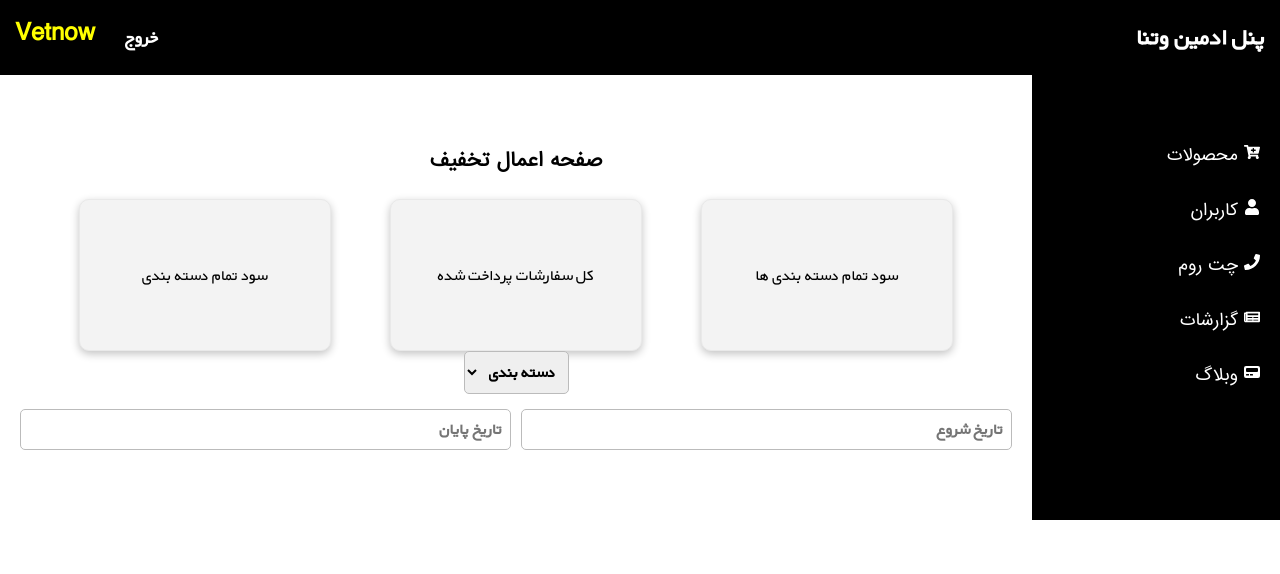
Repository: farhanahmadi/Vetnow
Page: /Reports
The author's editor kept a copy of each file at every save. The page is drawn from the files as they stood at one save, then again after a run of saves.
The browser window is 1280 px wide. The pictures show the whole page.
The page's requests for data from a server got no answer. The project was rebuilt for these pictures with package versions that can differ from the ones it lists, and the page was loaded fresh each time. No one was signed in, and anything a server would have sent is missing. Also part of the build but not shown: src/components/AdminProduct.js, src/components/AddProduct.js, src/components/View.js, src/components/EditProduct.js, src/components/Users.js, src/components/AddUser.js, src/components/EditUser.js, src/components/EditView.js and 7 more.

Above is the page before, as saved 2022-01-24 23:53:22.

### public/index.html
<!DOCTYPE html>
<html lang="en">
  <head>
    <meta charset="utf-8" />
    <link rel="icon" href="%PUBLIC_URL%/favicon.ico" />
    <meta name="viewport" content="width=device-width, initial-scale=1" />
    <meta name="theme-color" content="#000000" />
    <meta
      name="description"
      content="Web site created using create-react-app"
    />
    <link rel="apple-touch-icon" href="%PUBLIC_URL%/logo192.png" />
    <!--
      manifest.json provides metadata used when your web app is installed on a
      user's mobile device or desktop. See https://developers.google.com/web/fundamentals/web-app-manifest/
    -->
    <link rel="manifest" href="%PUBLIC_URL%/manifest.json" />
    <!--
      Notice the use of %PUBLIC_URL% in the tags above.
      It will be replaced with the URL of the `public` folder during the build.
      Only files inside the `public` folder can be referenced from the HTML.

      Unlike "/favicon.ico" or "favicon.ico", "%PUBLIC_URL%/favicon.ico" will
      work correctly both with client-side routing and a non-root public URL.
      Learn how to configure a non-root public URL by running `npm run build`.
    -->
    <title>React App</title>
  </head>
  <body>
    <noscript>You need to enable JavaScript to run this app.</noscript>
    <div id="root"></div>
    <!--
      This HTML file is a template.
      If you open it directly in the browser, you will see an empty page.

      You can add webfonts, meta tags, or analytics to this file.
      The build step will place the bundled scripts into the <body> tag.

      To begin the development, run `npm start` or `yarn start`.
      To create a production bundle, use `npm run build` or `yarn build`.
    -->
  </body>
  <script src="https://cdn.tiny.cloud/1/1i8eu7khos34tatxbnflclqt6v0tuym2124xj2eb49ma1u6q/tinymce/5/tinymce.min.js" referrerpolicy="origin"></script>
</html>

### src/styles/AdminProduct.module.css
@font-face {
    font-family: "sansiran";
    src: url(../fonts//Sansiran.ttf);
}
.container{
    display: flex;
    justify-content: space-between;
}


.main{
    width: calc(calc(400% / 5) - 20px);
    margin-top: 50px;
    padding: 20px;
    display: flex;
    justify-content: flex-start;
    align-items: center;
    flex-direction: column;
}

.tableHeader{
    background-color: #F7F7F7;
    display: flex;
    justify-content: space-between;
    align-items: center;
    margin-bottom: 10px;
    width: 70%;
    background-color: #F7F7F7;
    border-radius: 5px;
    padding: 10px 0px;
    box-shadow: rgba(99, 99, 99, 0.2) 0px 2px 8px 0px;
}
.tableHeader a , h3{
    margin: 0px 10px;
    font-family: sansiran;
}
.tableHeader a{
    background: none;
    border: 1px solid #C70899;
    color: #C70899;
    padding: 5px 10px;
    border-radius: 5px;
    cursor: pointer;
    font-weight: bold;
    text-decoration: none;
}
table {
    font-family: arial, sans-serif;
    border-collapse: collapse;
    width: 70%;
    background-color: #F7F7F7;
    border-radius: 10px;
    box-shadow: rgba(99, 99, 99, 0.2) 0px 2px 8px 0px;
  }
tr{
    border-bottom: 1px solid #dddddd;
  }
td, th {

    text-align: right;
    padding: 10px 10px;
    font-family: sansiran;

  }
tr:last-child{
    border-bottom: none;
}
th{
    position: relative;
}
th::before{
    content: "";
    position: absolute;
    width: 1px;
    height: 20px;
    background-color: #8d8d8d;
    left: 0;
    top: 5px;
}
th:last-child::before{
    width: 0px;
}
.pagination {
    display: inline-block;
    margin-top: 20px;
  }

.pagination a {
    color: black;
    float: left;
    padding: 8px 16px;
    text-decoration: none;
    border-radius: 5px;
    font-family: sansiran;
    font-weight: bold;
    cursor: pointer;

  }

.pagination a.active {
    background-color: #4CAF50;
    color: white;
    border-radius: 5px;

  }
.arrows{
    background-color: #d5dadf;
    border-radius: 5px;
    color: white;
}


@media only screen and (max-width: 575.98px) {
   td,th{
       padding: 10px 2px;
       font-size: 10px;
       white-space: nowrap;
   }
   .pagination a {
       padding: 10px 6px;
   }
   .tableHeader{
       width: 100%;
   }
   .tableHeader h3{
       font-size: 14px;
   }
   .tableHeader button{
       padding: 3px 4px;
   }
   th::before{
    top: 8px;
}
  }

  .sidebar{
    width: calc(100% / 5);
    height: 100vh;
}

### src/styles/Navbar.module.css
@font-face {
    font-family: "iranyekan";
    src: url(../fonts/BYekan.ttf);
}
.container{
    background-color: black;
    display: flex;
    justify-content: space-between;
    align-items: center;
    padding: 15px;
}
.container h2{
    font-family: iranyekan;
}
.VetnowEn{
    display: flex;
    text-align: left;
}
.VetnowTitleEn{
    margin-right: 20px;
}
.VetnowEn button{
    border: none;
    background: none;
    font-family: iranyekan;
    color: white;
    font-size: 18px;
    font-weight: bold;
    padding: 10px;
}
.VetnowTitle{
    color: white;
}
.VetnowTitleEn{
    color: yellow;
}

### src/styles/View.module.css
.container{
    display: flex;
    justify-content: right;
    font-family: iranyekan;
}
.main{
    width: calc(400% / 5);
    margin-top: 50px;
    padding: 20px;
    display: flex;
    justify-content: space-between;
    align-items: center;
    flex-direction: column;
}
.sidebar{
    width: calc(100% / 5);
}
.divImg{
    width: 150px;
    height: 150px;
    border: 1px solid #bbbbbb;
    display: flex;
    justify-content: center;
    align-items: center;
    box-shadow: rgba(99, 99, 99, 0.2) 0px 2px 8px 0px;
}
.imageContainer{
    width: 100%;
    display: grid;
    grid-template-columns: 1fr 1fr 1fr 1fr;
    margin-top: 16px;
}
.imageContainer img{
    width: 200px;
    height: 200px;
    border-radius: 5px;
    box-shadow: rgba(99, 99, 99, 0.2) 0px 2px 8px 0px;
}

.photoBox{
    text-align: center;
    margin: 10px auto;
    position: relative;
    display: flex;
    flex-direction: column;
    align-items: center;
}
.imageContainer button{
    position: absolute;
    bottom: 0;
    width: 100%;
    background: #ffffff;
    color: red;
    font-size: 16px;
    font-weight: bold;
    padding: 5px 0px;
    border: none;
    opacity: 0.8;
    font-family: iranyekan;
    cursor: pointer;

}
.imgBox{
    margin: 10px auto;
}
p{
    direction: ltr;
}
@media only screen and (max-width: 1079.98px) {
    .imageContainer img{
        width: 150px;
        height: 150px;
    }
   }

@media only screen and (max-width: 767.98px) {
    .imageContainer{
        display: grid;
        grid-template-columns: 1fr 1fr;
    }
   }

   @media only screen and (max-width: 575.98px) {
    .imageContainer{
        display: grid;
        grid-template-columns: 1fr;
    }
   }

### src/styles/AddUser.module.css
.container{
    display: flex;
    justify-content: right;
    font-family: iranyekan;
}

.main{
    width: calc(400% / 5);
    margin-top: 50px;
    padding: 20px;
}
.sidebar{
    width: calc(100% / 5);
}
.header{
    width: 100%;
}
.header h3{
    text-align: right;
}
.inputs{
    text-align: center;
    display: grid;
    grid-template-columns: 1fr 1fr ;
    width: 100%;
    column-gap: 10px;
    row-gap: 20px;
}
.inputs input , select{
    border-radius: 5px;
    border: 1px solid #bbbbbb;
    text-align: right;
    padding: 8px;
    font-size: 16px;
    color: black;
    font-weight: bold;
    font-family: iranyekan;
}
.inputs input , select:focus{
   outline: none;
}
.submitBtn{
    margin-top: 10px;
    background: #C70899;
    color: white;
    border: none;
    border-radius: 5px;
    font-size: 16px;
    padding: 5px;
    font-family: iranyekan;
    cursor: pointer;
    box-shadow: rgba(99, 99, 99, 0.2) 0px 2px 8px 0px;

}
.checkBox{
    display: flex;
    justify-content: space-between;
    align-items: center;
}
@media only screen and (max-width: 767.98px) {
    .inputs{
        grid-template-columns: 1fr;
    }
   }

### src/styles/EditUser.module.css
.container{
    display: flex;
    justify-content: right;
    font-family: iranyekan;
}

.main{
    width: calc(400% / 5);
    margin-top: 50px;
    padding: 20px;
}
.sidebar{
    width: calc(100% / 5);
}
.header{
    width: 100%;
}
.header h3{
    text-align: right;
}
.inputs{
    text-align: center;
    display: grid;
    grid-template-columns: 1fr 1fr ;
    width: 100%;
    column-gap: 10px;
    row-gap: 20px;
}
.inputs input , select{
    border-radius: 5px;
    border: 1px solid #bbbbbb;
    text-align: right;
    padding: 8px;
    font-size: 16px;
    color: black;
    font-weight: bold;
    font-family: iranyekan;
}
.inputs input , select:focus{
   outline: none;
}
.submitBtn{
    margin-top: 10px;
    background: #C70899;
    color: white;
    border: none;
    border-radius: 5px;
    font-size: 16px;
    padding: 5px;
    font-family: iranyekan;
    cursor: pointer;
    box-shadow: rgba(99, 99, 99, 0.2) 0px 2px 8px 0px;

}
.checkBox{
    display: flex;
    justify-content: space-between;
    align-items: center;
}
@media only screen and (max-width: 767.98px) {
    .inputs{
        grid-template-columns: 1fr;
    }
   }

### src/styles/EditView.module.css
.container{
    display: flex;
    justify-content: right;
    font-family: iranyekan;
}
.main{
    width: calc(400% / 5);
    margin-top: 50px;
    padding: 20px;
    display: flex;
    justify-content: space-between;
    align-items: center;
    flex-direction: column;
}
.sidebar{
    width: calc(100% / 5);
}
.divImg{
    width: 150px;
    height: 150px;
    border: 1px solid #bbbbbb;
    display: flex;
    justify-content: center;
    align-items: center;
    box-shadow: rgba(99, 99, 99, 0.2) 0px 2px 8px 0px;
}
.imageContainer{
    width: 100%;
    display: grid;
    grid-template-columns: 1fr 1fr 1fr 1fr;
    margin-top: 16px;
}
.imageContainer img{
    width: 200px;
    height: 200px;
    border-radius: 5px;
    box-shadow: rgba(99, 99, 99, 0.2) 0px 2px 8px 0px;
}

.photoBox{
    text-align: center;
    margin: 10px auto;
    position: relative;
    display: flex;
    flex-direction: column;
    align-items: center;
}
.imageContainer button{
    position: absolute;
    bottom: 0;
    width: 100%;
    background: #ffffff;
    color: red;
    font-size: 16px;
    font-weight: bold;
    padding: 5px 0px;
    border: none;
    opacity: 0.8;
    font-family: iranyekan;
    cursor: pointer;

}
.imgBox{
    margin: 10px auto;
}
p{
    direction: ltr;
}
@media only screen and (max-width: 1079.98px) {
    .imageContainer img{
        width: 150px;
        height: 150px;
    }
   }

@media only screen and (max-width: 767.98px) {
    .imageContainer{
        display: grid;
        grid-template-columns: 1fr 1fr;
    }
   }

   @media only screen and (max-width: 575.98px) {
    .imageContainer{
        display: grid;
        grid-template-columns: 1fr;
    }
   }

### src/styles/AddCategory.module.css
@font-face {
    font-family: "iranyekan";
    src: url(../fonts/BYekan.ttf);
}
.container{
    display: flex;
    justify-content: right;
    font-family: iranyekan;
}
.main{
    width: calc(400% / 5);
    margin-top: 50px;
    padding: 20px;
    display: flex;
    justify-content: flex-start;
    align-items: center;
    flex-direction: column;
}
.header{
    width: 100%;
}
.header h3{
    text-align: right;
}
.inputs{
    text-align: center;
    display: grid;
    grid-template-columns: 1fr 1fr ;
    width: 100%;
    column-gap: 10px;
    row-gap: 20px;
}
.inputs input , select{
    border-radius: 5px;
    border: 1px solid #bbbbbb;
    text-align: right;
    padding: 8px;
    font-size: 16px;
    color: black;
    font-weight: bold;
    font-family: iranyekan;
}
.inputs input , select:focus{
   outline: none;
}
.sidebar{
    width: calc(100% / 5);
}
.submitBtn{
    margin-top: 10px;
    background: #C70899;
    color: white;
    border: none;
    border-radius: 5px;
    font-size: 16px;
    padding: 5px;
    font-family: iranyekan;
    cursor: pointer;
    box-shadow: rgba(99, 99, 99, 0.2) 0px 2px 8px 0px;

}

### src/styles/EditCategory.module.css
@font-face {
    font-family: "iranyekan";
    src: url(../fonts/BYekan.ttf);
}
.container{
    display: flex;
    justify-content: right;
    font-family: iranyekan;
}
.main{
    width: calc(400% / 5);
    margin-top: 50px;
    padding: 20px;
    display: flex;
    justify-content: flex-start;
    align-items: center;
    flex-direction: column;
}
.header{
    width: 100%;
}
.header h3{
    text-align: right;
}
.inputs{
    text-align: center;
    display: grid;
    grid-template-columns: 1fr 1fr ;
    width: 100%;
    column-gap: 10px;
    row-gap: 20px;
}
.inputs input , select{
    border-radius: 5px;
    border: 1px solid #bbbbbb;
    text-align: right;
    padding: 8px;
    font-size: 16px;
    color: black;
    font-weight: bold;
    font-family: iranyekan;
}
.inputs input , select:focus{
   outline: none;
}
.sidebar{
    width: calc(100% / 5);
}
.submitBtn{
    margin-top: 10px;
    background: #C70899;
    color: white;
    border: none;
    border-radius: 5px;
    font-size: 16px;
    padding: 5px;
    font-family: iranyekan;
    cursor: pointer;
    box-shadow: rgba(99, 99, 99, 0.2) 0px 2px 8px 0px;

}

### src/styles/EditParentCategory.module.css
@font-face {
    font-family: "iranyekan";
    src: url(../fonts/BYekan.ttf);
}
.container{
    display: flex;
    justify-content: right;
    font-family: iranyekan;
}
.main{
    width: calc(400% / 5);
    margin-top: 50px;
    padding: 20px;
    display: flex;
    justify-content: flex-start;
    align-items: center;
    flex-direction: column;
}
.header{
    width: 100%;
}
.header h3{
    text-align: right;
}
.inputs{
    text-align: center;
    display: grid;
    grid-template-columns: 1fr 1fr ;
    width: 100%;
    column-gap: 10px;
    row-gap: 20px;
}
.inputs input , select{
    border-radius: 5px;
    border: 1px solid #bbbbbb;
    text-align: right;
    padding: 8px;
    font-size: 16px;
    color: black;
    font-weight: bold;
    font-family: iranyekan;
}
.inputs input , select:focus{
   outline: none;
}
.sidebar{
    width: calc(100% / 5);
}
.submitBtn{
    margin: 10px 5px 0px 5px ;
    background: #C70899;
    color: white;
    border: none;
    border-radius: 5px;
    font-size: 16px;
    padding: 5px;
    font-family: iranyekan;
    cursor: pointer;
    box-shadow: rgba(99, 99, 99, 0.2) 0px 2px 8px 0px;

}
.delButton{
    margin: 10px 5px 0px 5px ;
    background: #c70808;
    color: white;
    border: none;
    border-radius: 5px;
    font-size: 16px;
    padding: 5px;
    font-family: iranyekan;
    cursor: pointer;
    box-shadow: rgba(99, 99, 99, 0.2) 0px 2px 8px 0px;

}
.btns{
    display: flex;
    justify-content: space-between;
    align-items: center;
}

### src/styles/Discount.module.css
@font-face {
    font-family: "iranyekan";
    src: url(../fonts/BYekan.ttf);
}
.container{
    display: flex;
    justify-content: right;
    font-family: iranyekan;
}
.main{
    width: calc(400% / 5);
    margin-top: 50px;
    padding: 20px;
    display: flex;
    justify-content: flex-start;
    align-items: center;
    flex-direction: column;
}
.header{
    width: 100%;
}
.header h3{
    text-align: right;
}
.inputs{
    text-align: center;
    display: grid;
    grid-template-columns: 1fr 1fr ;
    width: 100%;
    column-gap: 10px;
    row-gap: 20px;
}
.inputs input , select{
    border-radius: 5px;
    border: 1px solid #bbbbbb;
    text-align: right;
    padding: 8px;
    font-size: 16px;
    color: black;
    font-weight: bold;
    font-family: iranyekan;
}
.inputs input , select:focus{
   outline: none;
}
.sidebar{
    width: calc(100% / 5);
}
.background{
    background-color: rgb(211, 211, 211);
}
.submitBtn{
    margin-top: 10px;
    background: #C70899;
    color: white;
    border: none;
    border-radius: 5px;
    font-size: 16px;
    padding: 5px;
    font-family: iranyekan;
    cursor: pointer;
    box-shadow: rgba(99, 99, 99, 0.2) 0px 2px 8px 0px;

}

### src/styles/DiscaountProductsList.module.css
@font-face {
    font-family: "sansiran";
    src: url(../fonts//Sansiran.ttf);
}
.container{
    display: flex;
    justify-content: space-between;
}


.main{
    width: calc(calc(400% / 5) - 20px);
    margin-top: 50px;
    padding: 20px;
    display: flex;
    justify-content: flex-start;
    align-items: center;
    flex-direction: column;
}

.tableHeader{
    background-color: #F7F7F7;
    display: flex;
    justify-content: space-between;
    align-items: center;
    margin-bottom: 10px;
    width: 70%;
    background-color: #F7F7F7;
    border-radius: 5px;
    padding: 10px 0px;
    box-shadow: rgba(99, 99, 99, 0.2) 0px 2px 8px 0px;
}
.tableHeader a , h3{
    margin: 0px 10px;
    font-family: sansiran;
}
.tableHeader a{
    background: none;
    border: 1px solid #C70899;
    color: #C70899;
    padding: 5px 10px;
    border-radius: 5px;
    cursor: pointer;
    font-weight: bold;
    text-decoration: none;
}
table {
    font-family: arial, sans-serif;
    border-collapse: collapse;
    width: 70%;
    background-color: #F7F7F7;
    border-radius: 10px;
    box-shadow: rgba(99, 99, 99, 0.2) 0px 2px 8px 0px;
  }
tr{
    border-bottom: 1px solid #dddddd;
  }
td, th {

    text-align: right;
    padding: 10px 10px;
    font-family: sansiran;

  }
tr:last-child{
    border-bottom: none;
}
th{
    position: relative;
}
th::before{
    content: "";
    position: absolute;
    width: 1px;
    height: 20px;
    background-color: #8d8d8d;
    left: 0;
    top: 5px;
}
th:last-child::before{
    width: 0px;
}
.pagination {
    display: inline-block;
    margin-top: 20px;
  }

.pagination a {
    color: black;
    float: left;
    padding: 8px 16px;
    text-decoration: none;
    border-radius: 5px;
    font-family: sansiran;
    font-weight: bold;
    cursor: pointer;

  }

.pagination a.active {
    background-color: #4CAF50;
    color: white;
    border-radius: 5px;

  }
.arrows{
    background-color: #d5dadf;
    border-radius: 5px;
    color: white;
}

.listBtns{
    display: flex;
    justify-content: center;
    align-items: center;
}
  .sidebar{
    width: calc(100% / 5);
    height: 100vh;
}

@media only screen and (max-width: 575.98px) {
   td,th{
       padding: 10px 2px;
       font-size: 10px;
       white-space: nowrap;
   }
   .pagination a {
       padding: 10px 6px;
   }
   .tableHeader{
       width: 100%;
   }
   .tableHeader h3{
       font-size: 14px;
   }
   .tableHeader button{
       padding: 3px 4px;
   }
   th::before{
    top: 8px;
}
  }

### src/styles/EditDiscount.module.css
@font-face {
    font-family: "iranyekan";
    src: url(../fonts/BYekan.ttf);
}
.container{
    display: flex;
    justify-content: right;
    font-family: iranyekan;
}
.main{
    width: calc(400% / 5);
    margin-top: 50px;
    padding: 20px;
    display: flex;
    justify-content: flex-start;
    align-items: center;
    flex-direction: column;
}
.header{
    width: 100%;
}
.header h3{
    text-align: right;
}
.inputs{
    text-align: center;
    display: grid;
    grid-template-columns: 1fr 1fr ;
    width: 100%;
    column-gap: 10px;
    row-gap: 20px;
}
.inputs input , select{
    border-radius: 5px;
    border: 1px solid #bbbbbb;
    text-align: right;
    padding: 8px;
    font-size: 16px;
    color: black;
    font-weight: bold;
    font-family: iranyekan;
}
.inputs input , select:focus{
   outline: none;
}
.sidebar{
    width: calc(100% / 5);
}
.submitBtn{
    margin: 10px 5px 0px 5px ;
    background: #C70899;
    color: white;
    border: none;
    border-radius: 5px;
    font-size: 16px;
    padding: 5px;
    font-family: iranyekan;
    cursor: pointer;
    box-shadow: rgba(99, 99, 99, 0.2) 0px 2px 8px 0px;

}
.delButton{
    margin: 10px 5px 0px 5px ;
    background: #c70808;
    color: white;
    border: none;
    border-radius: 5px;
    font-size: 16px;
    padding: 5px;
    font-family: iranyekan;
    cursor: pointer;
    box-shadow: rgba(99, 99, 99, 0.2) 0px 2px 8px 0px;

}
.btns{
    display: flex;
    justify-content: space-between;
    align-items: center;
}

### src/styles/Reports.module.css
@font-face {
    font-family: "iranyekan";
    src: url(../fonts/BYekan.ttf);
}
.container{
    display: flex;
    justify-content: right;
    font-family: iranyekan;
}
.main{
    width: calc(400% / 5);
    margin-top: 50px;
    padding: 20px;
    display: flex;
    justify-content: flex-start;
    align-items: center;
    flex-direction: column;
}
.header{
    width: 100%;
}
.header h3{
    text-align: right;
}
.box{
    display: flex;
    justify-content: space-evenly;
    align-items: center;
    width: 100%;
}
.Profit , .orders , .categoryAllSell{
    width: 250px;
    height: 150px;
    background-color: rgb(243, 243, 243);
    border-radius: 10px;
    border: 1px solid rgb(233, 233, 233);
    box-shadow: rgba(0, 0, 0, 0.24) 0px 3px 8px;
    display: flex;
    justify-content: center;
    align-items: center;
    flex-direction: column;
}

.select{
    text-align: center;
    display: grid;
    grid-template-columns: 1fr;
    width: 100%;
    column-gap: 10px;
    row-gap: 20px;
}
.inputs{
    text-align: center;
    display: grid;
    grid-template-columns: 1fr 1fr;
    width: 100%;
    column-gap: 10px;
    row-gap: 20px;
    margin-top: 15px;
}
.select select{
    border-radius: 5px;
    border: 1px solid #bbbbbb;
    text-align: right;
    padding: 8px;
    font-size: 16px;
    color: black;
    font-weight: bold;
    font-family: iranyekan;
}
.inputs input , select{
    border-radius: 5px;
    border: 1px solid #bbbbbb;
    text-align: right;
    padding: 8px;
    font-size: 16px;
    color: black;
    font-weight: bold;
    font-family: iranyekan;
}
.inputs input , select:focus{
   outline: none;
}
.sidebar{
    width: calc(100% / 5);
}
.background{
    background-color: rgb(211, 211, 211);
}
.submitBtn{
    margin-top: 10px;
    background: #C70899;
    color: white;
    border: none;
    border-radius: 5px;
    font-size: 16px;
    padding: 5px;
    font-family: iranyekan;
    cursor: pointer;
    box-shadow: rgba(99, 99, 99, 0.2) 0px 2px 8px 0px;
}

### src/styles/Sidebar.module.css
.sideBar{
    text-align: right;
    background-color: black;
    height: 100%;
    overflow: hidden;
    padding-top: 50px;
}
.adminSideBar{
    list-style-type: none;
}
.adminSideBar li{
    font-family: sansiran;
    margin: 5px 10px 5px 0px;
    padding: 0 10px;
    height: 50px;
    transition: background-color 0.5s;
    cursor: pointer;
    display: flex;
    align-items: center;
    justify-content: end;
}
.adminSideBar li:hover{
    background-color: orange;
}
.adminSideBar a{
    color: white;
    text-decoration: none;
}
.adminSideBarMobile{
    list-style-type: none;
}
.adminSideBarMobile li{
    font-family: sansiran;
    margin: 5px 10px 5px 0px;
    padding: 0 10px;
    height: 50px;
    transition: background-color 0.5s;
    cursor: pointer;
    display: flex;
    align-items: center;
    justify-content: end;
}
.adminSideBarMobile li:hover{
    background-color: orange;
}
.adminSideBarMobile a{
    color: white;
    text-decoration: none;
}
.adminSideBarMobile{
    display: none;
}

@media only screen and (max-width: 575.98px) {
    .adminSideBar{
        display: none;
    }
    .adminSideBarMobile{
        display: block;

 }
}

Loaded but not shown: src/index.css (common file); src/components/Report/Reports.js (67 lines, source omitted); src/App.js (51 lines, source omitted); src/components/Sidebar.js (28 lines, source omitted); src/components/Navbar.js (18 lines, source omitted); src/index.js (13 lines, source omitted); src/components/Link/MainLink.js (1 lines, source omitted); src/styles/CategoriesList.module.css (165 lines, source omitted); src/styles/EditProduct.module.css (157 lines, source omitted); src/styles/AddProduct.module.css (152 lines, source omitted); src/App.css (no stored copy; drawn as an empty file)

After the next 2 saves:
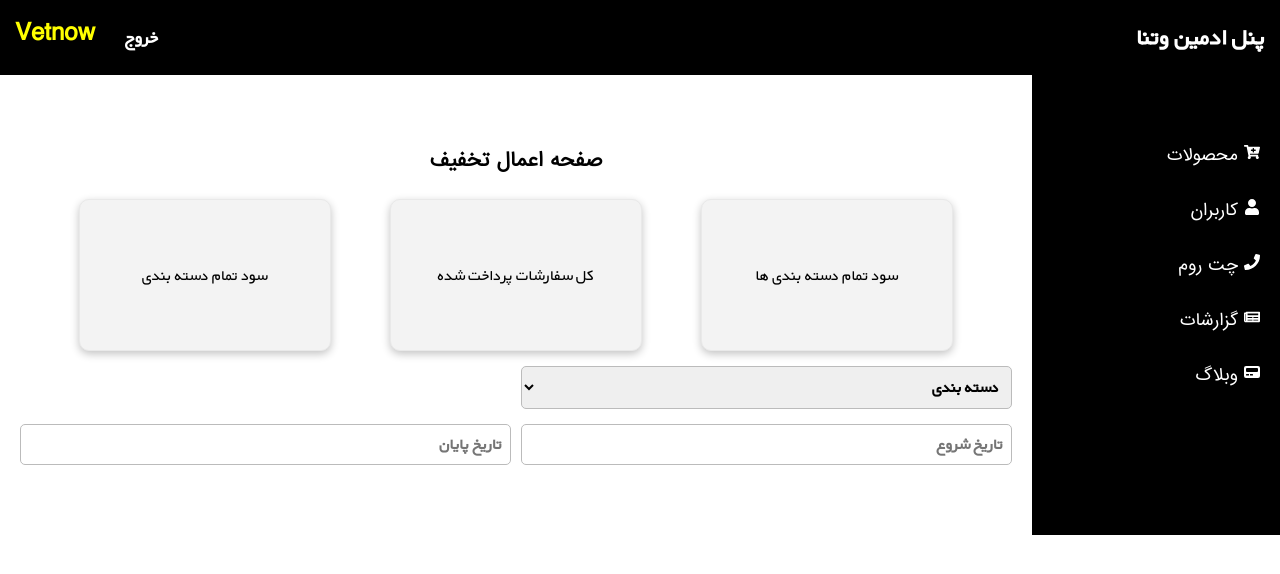
The 2 saves are shown as one change because they came seconds apart.
The last was saved 19 s later.
--- a/src/styles/Reports.module.css
+++ b/src/styles/Reports.module.css
@@ -49,7 +49,7 @@
     column-gap: 10px;
     row-gap: 20px;
 }
-.inputs{
+.inputs , .sectionBox{
     text-align: center;
     display: grid;
     grid-template-columns: 1fr 1fr;
